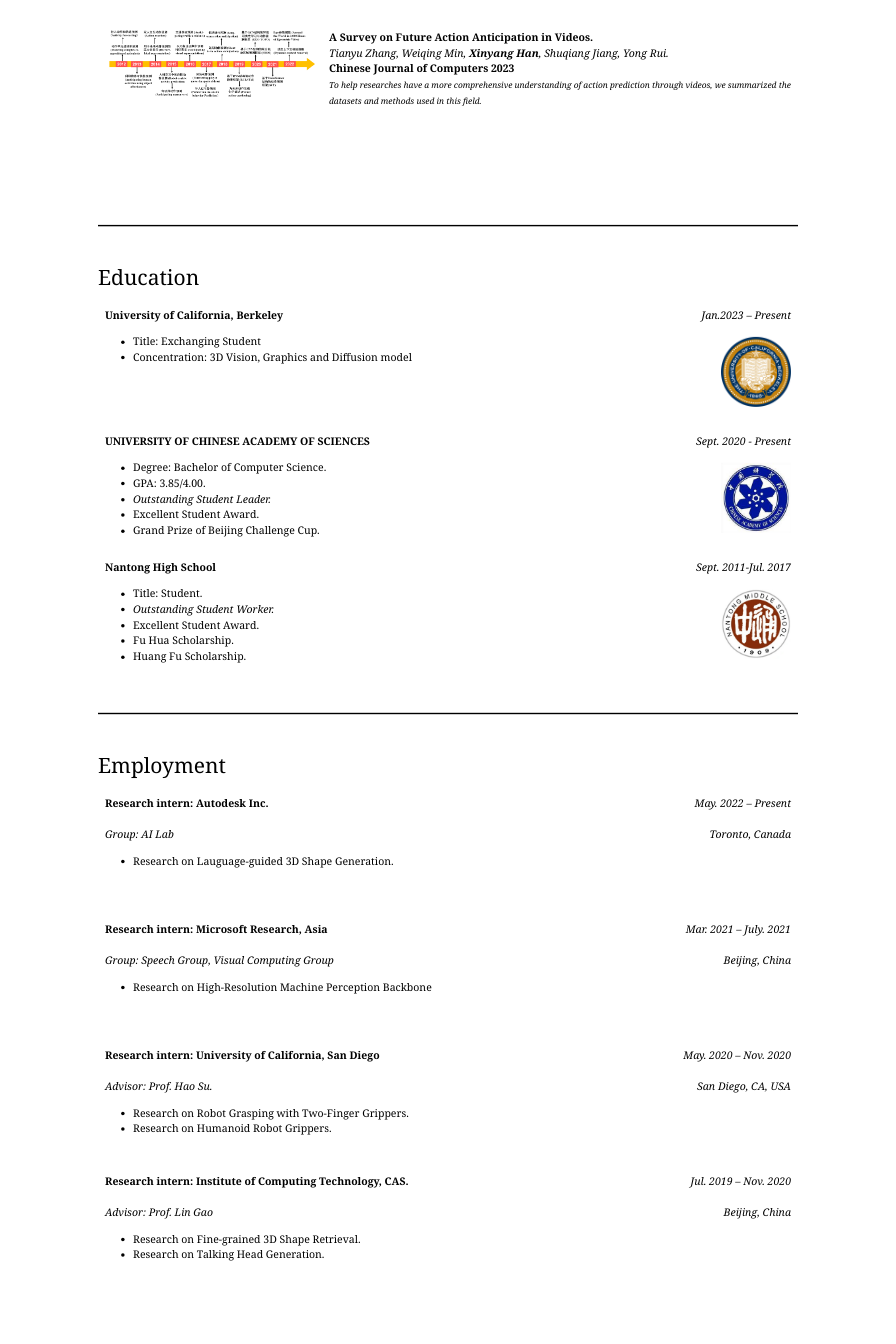
Repository: XinyangHan/XinyangHan.github.io
Page: index.html
The author's editor kept a copy of each file at every save. The page is drawn from the files as they stood at one save, then again after the next save.
The browser window is 1280 px wide. The pictures show the part of the page from y = 916 to 2836 px (the page is 2941 px tall), at 70% of full size.

Above is the page before, as saved 2023-02-11 14:36:48.
Console error (its wording comes from the project's code and is left out).

After the next save:
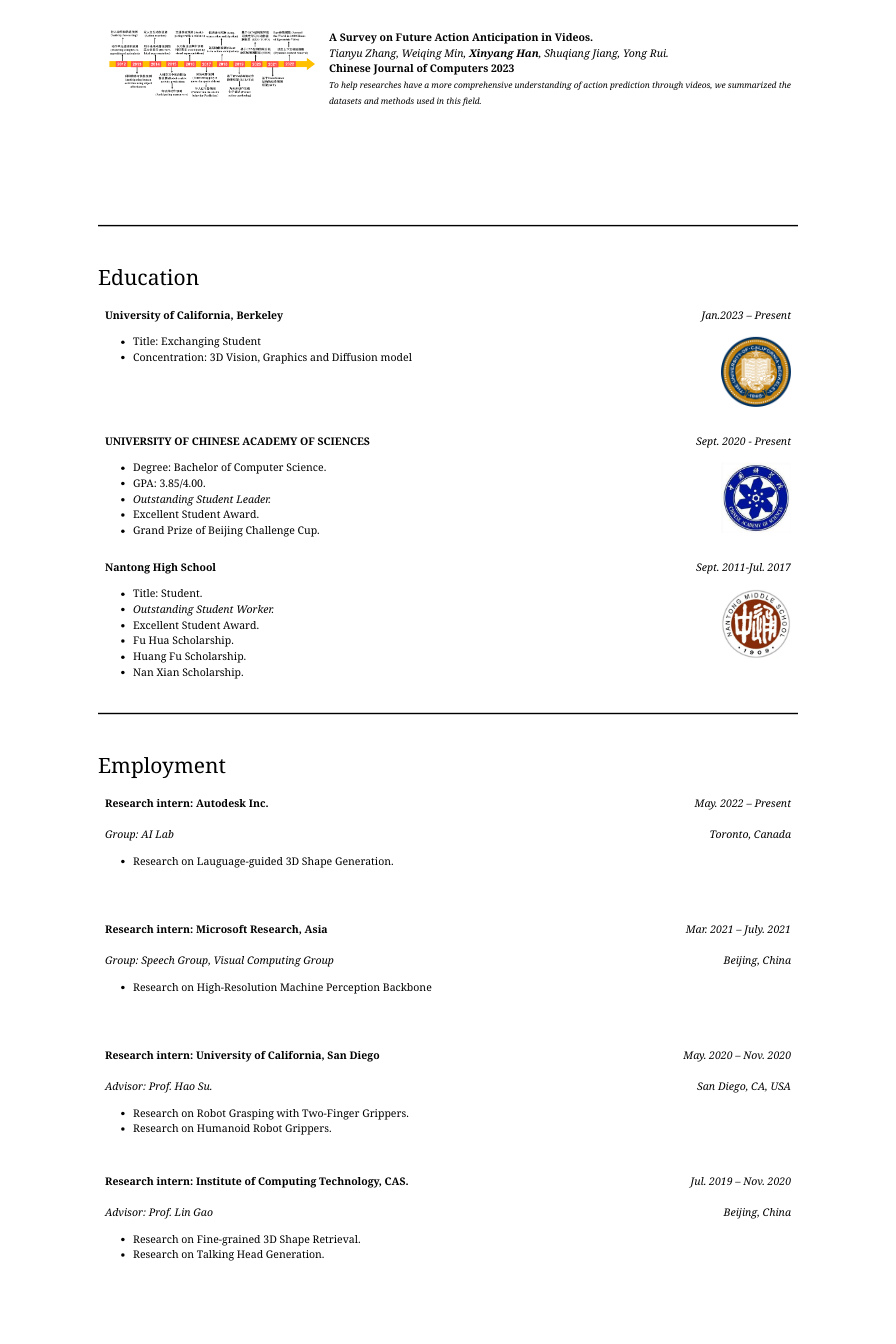
Saved 7 s later.
--- a/index.html
+++ b/index.html
@@ -279,6 +279,7 @@
 			<li><em></em>Excellent Student Award.</em></li>
 			<li><em></em>Fu Hua Scholarship.</em></li>
 			<li><em></em>Huang Fu Scholarship.</em></li>
+			<li><em></em>Nan Xian Scholarship.</em></li>
 			</ul>
 
 		</div>
